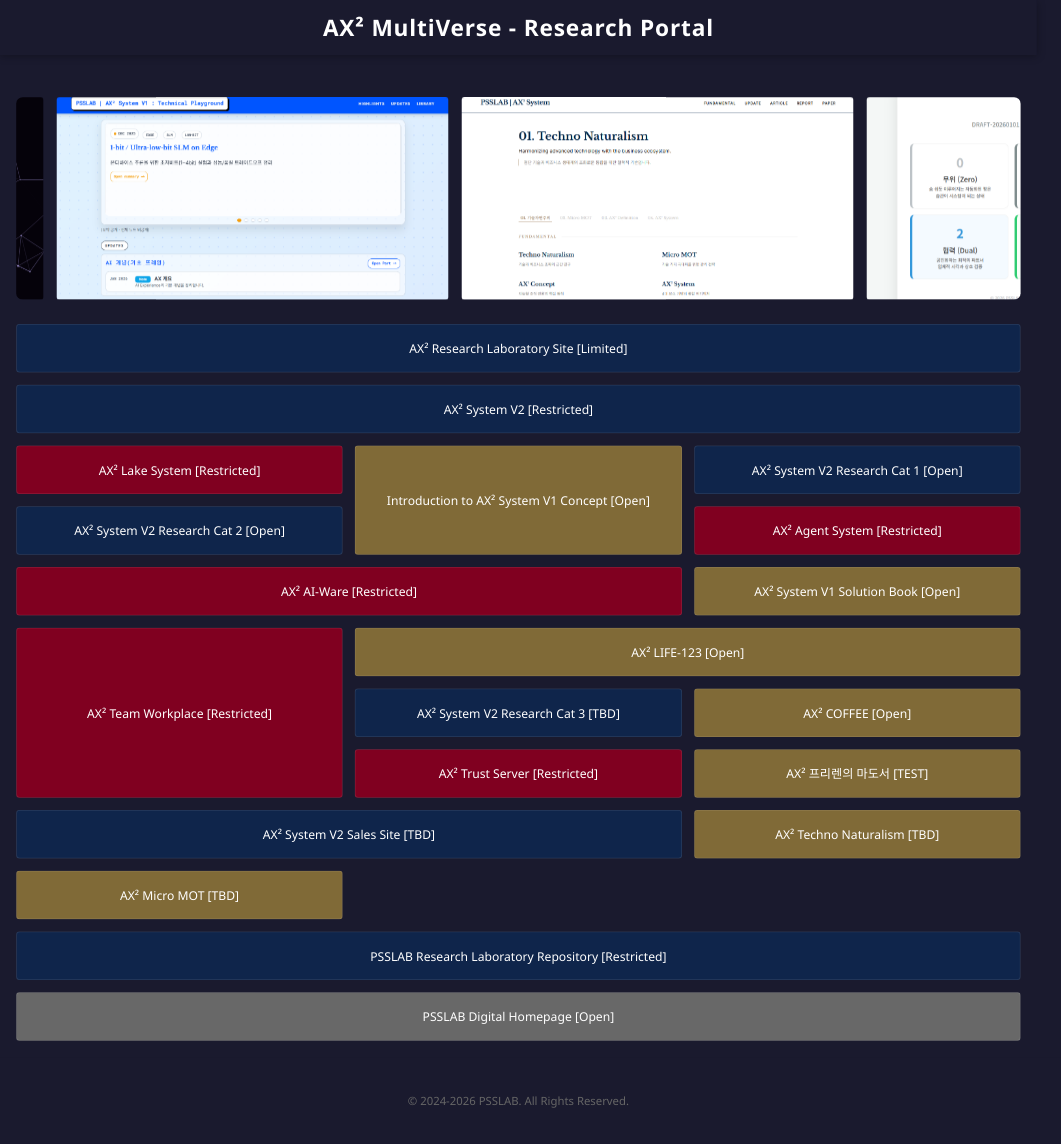
Repository: hycse89/PSSLAB_OpenSite
Page: psslab_multiverse_v3.html
The author's editor kept a copy of each file at every save. The page is drawn from the files as they stood at one save, then again after the next save.
The browser window is 1280 px wide. The page is 1310 px wide, so the pictures cover 1310 px, including what lies to the right of the window. The pictures show the whole page, at 81% of full size.

Above is the page before, as saved 2026-01-11 21:36:53.

After the next save:
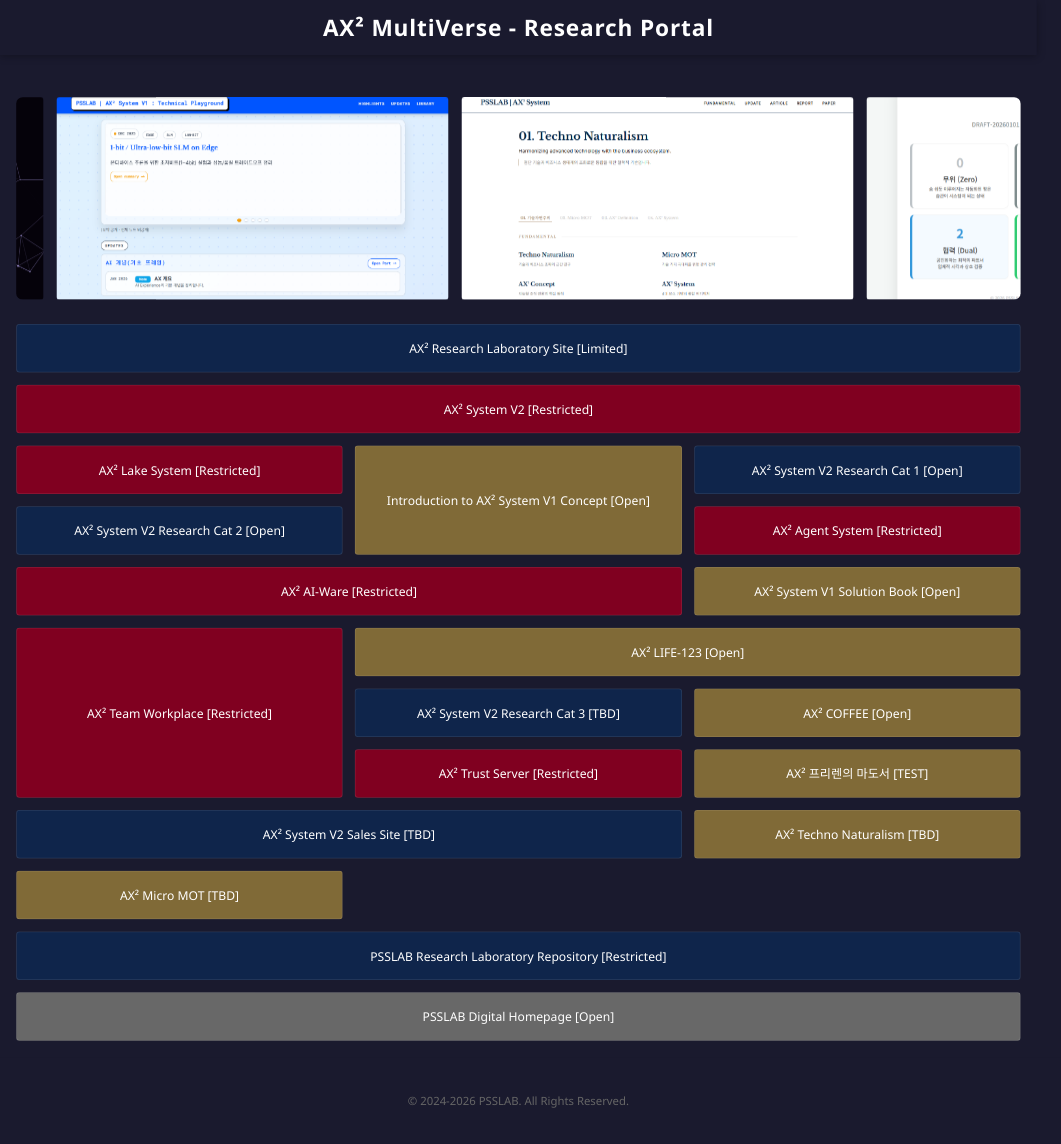
Saved 23 s later.
--- a/psslab_multiverse_v3.html
+++ b/psslab_multiverse_v3.html
@@ -186,7 +186,7 @@
         <div class="link-container">
             <a href="https://hycse89.github.io/PSSLAB_OpenSite/ax2_research_lab/" class="link-button color-1 w-3 h-1">AX² Research Laboratory Site [Limited]</a>
 
-            <a href="http://localhost:8008" class="link-button color-1 w-3 h-1">AX² System V2 [Restricted]</a>
+            <a href="http://localhost:8008" class="link-button color-2 w-3 h-1">AX² System V2 [Restricted]</a>
 
             <a href="http://localhost:8004" class="link-button color-2 h-1">AX² Lake System [Restricted]</a>
 
